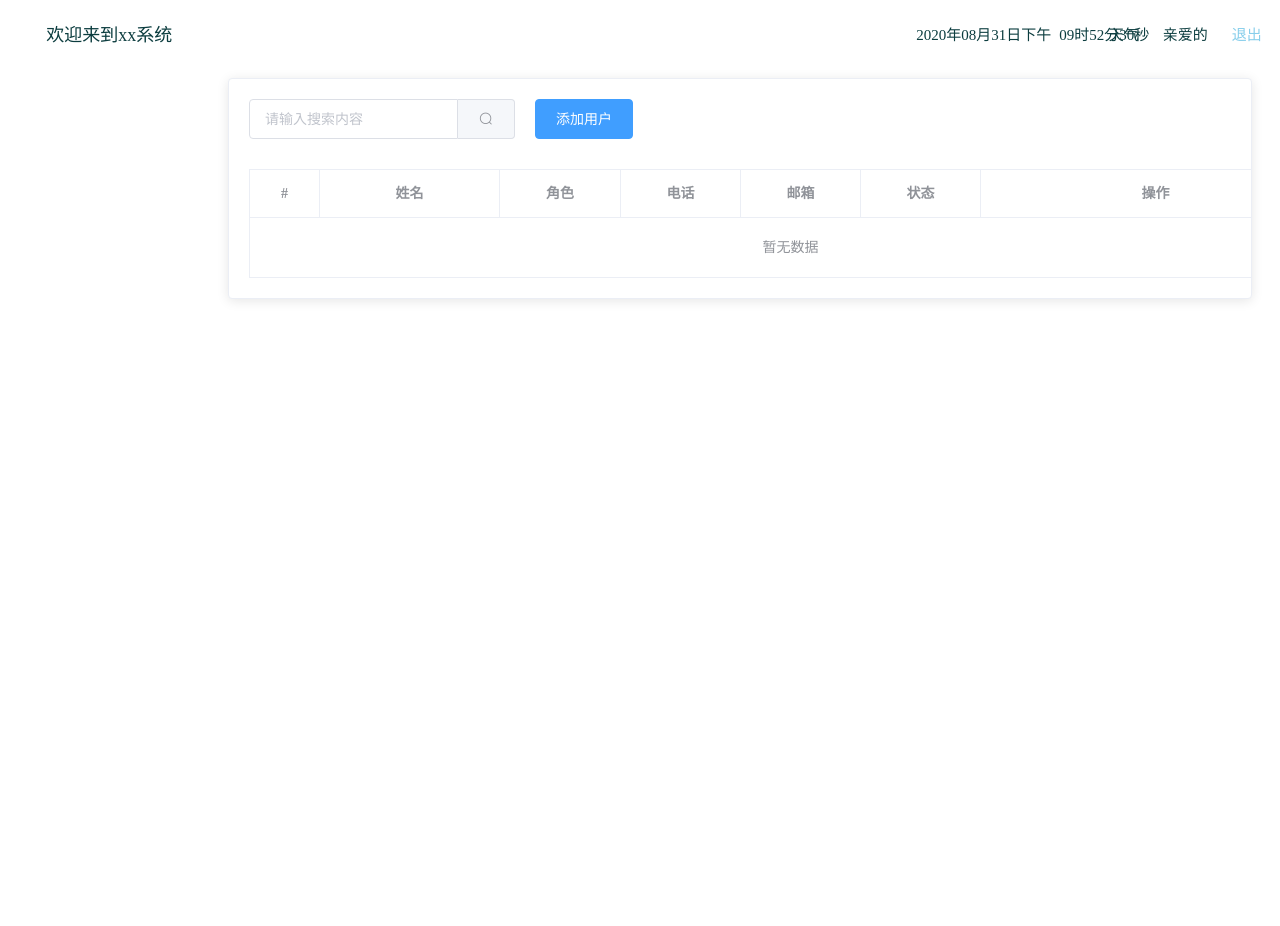
Repository: 2510699771/background-system
Page: /users/users
These files come from the project's save history. The page is drawn as it stood at one moment and after the next save; the edit follows.
The browser window is 1280 px wide. The pictures show the whole page.
The page's requests for data from a server got no answer. The project was rebuilt for these pictures with package versions that can differ from the ones it lists, and the page was loaded fresh each time. No one was signed in, and anything a server would have sent is missing. Also part of the build but not shown: vue.config.js, src/views/Home.vue.

Above is the page before, as saved 2020-08-31 22:08:13.

### src/main.js
import Vue from 'vue'
import App from './App.vue'
import router from './router'
import store from './store'
import ElementUI from 'element-ui';
import 'element-ui/lib/theme-chalk/index.css';

Vue.config.productionTip = false
Vue.use(ElementUI);

new Vue({
  router,
  store,
  el: '#app',
  render: h => h(App)
}).$mount('#app')

### src/App.vue
<template>
  <div id="app">

    <router-view/>
  </div>
</template>

<style lang="stylus">
</style>

### src/router/index.js
import Vue from 'vue'
import VueRouter from 'vue-router'
import Home from '../views/Home.vue'
import Layout from "../views/Layout/Layout.vue"

Vue.use(VueRouter)

const routes = [
  //首页
  {
    path: "/home",
    component: Layout,
    meta: {
      icon: 'el-icon-s-home'
    },
    children: [{
      path: "",
      name: 'Home',
      component: Home,
      meta: {
        title: '首页',
        parentpath: '/home',
        icon: 'el-icon-s-home'
      }
    }, ]
  },
  {
    path: '/',
    redirect: '/home'
  },
  //数据统计
  {
    path: "/reports",
    component: Layout,
    meta: {
      icon: 'el-icon-message'
    },
    children: [{
      path: "reports",
      name: "reports",
      component: () => import("../views/Reports/Reports.vue"),
      meta: {
        title: '数据报表',
        parentpath: "/reports/reports",
        icon: 'el-icon-position'
      }
    }]
  },
  //订单管理
  {
    path: "/orders",
    component: Layout,
    meta: {
      icon: 'el-icon-notebook-2'
    },
    children: [{
      path: "orders",
      name: "orders",
      component: () => import("../views/Orders/Orders.vue"),
      meta: {
        title: '订单列表',
        parentpath: "/orders/orders",
        icon: 'el-icon-folder-add'
      }
    }, ]
  },
  //商品管理
  {
    path: "/goods",
    component: Layout,
    meta: {
      icon: 'el-icon-shopping-bag-1'
    },
    children: [{
        path: "goods",
        name: "goods",
        component: () => import("../views/Goodlist/Goodlist.vue"),
        meta: {
          title: '商品列表',
          parentpath: "/goods/goods",
          icon: 'el-icon-bangzhu'
        }
      },
      {
        path: "params",
        name: "params",
        component: () => import("../views/Goodsparams/Goodsparams.vue"),
        meta: {
          title: '分类参数',
          parentpath: "/goods/params",
          icon: 'el-icon-bell'
        }
      }, {
        path: "categories",
        name: "categories",
        component: () => import("../views/GoodsCategories/GoodsCategories.vue"),
        meta: {
          title: '商品分类',
          parentpath: "/goods/categories",
          icon: 'el-icon-date'
        }
      },
    ]
  },
  //用户管理
  {
    path: "/users",
    component: Layout,
    meta: {
      icon: 'el-icon-user'
    },
    children: [{
      path: "users",
      name: "users",
      component: () => import("../views/UserList/UserList.vue"),
      meta: {
        title: '用户列表',
        parentpath: "/users/users",
        icon: 'el-icon-user'
      }
    }, ]
  },
  //权限管理
  {
    path: "/rights",
    component: Layout,
    meta: {
      icon: 'el-icon-folder'
    },
    children: [{
      path: "roles",
      name: "roles",
      component: () => import("../views/Rolelist/Rolelist.vue"),
      meta: {
        title: '角色列表',
        parentpath: "/rights/roles",
        icon: 'el-icon-setting'
      }
    }, {
      path: "rights",
      name: "rights",
      component: () => import("../views/Permissionslist/Permissionslist.vue"),
      meta: {
        title: '权限列表',
        parentpath: "/rights/rights",
        icon: 'el-icon-c-scale-to-original'
      }
    }, ]
  },
  //登录
  {
    path: '/login',
    name: 'login',
    component: () => import('../views/Login/Login.vue')
  }
]
const isPro = process.env.NODE_ENV === 'production'

const router = new VueRouter({
  mode: isPro ? 'hash' : 'history',
  base: process.env.BASE_URL,
  routes
})

export default router

### src/store/index.js
import Vue from 'vue'
import Vuex from 'vuex'
import user from "./user/user"

Vue.use(Vuex)

export default new Vuex.Store({
  //存储共享数据
  state: {},
  //同步修改state的值
  mutations: {},
  //用来发请求，异步提交mutation
  actions: {},
  //模块
  modules: {
    user
  }
})

### src/views/Layout/Layout.vue
<template>
  <div>
    <el-container>
      <el-header height="50px">
        <top></top>
      </el-header>
      <el-container>
        <el-aside width="200px">
          <left></left>
        </el-aside>
        <el-main>
          <router-view />
        </el-main>
      </el-container>
    </el-container>
  </div>
</template>

<script>
import top from "../../components/Layout/Top";
import left from "../../components/Layout/Left";
export default {
  name: "",
  //接受父组件传递的数据
  props: {},
  //注册组件
  components: {
    top,
    left,
  },
  data() {
    return {};
  },
  methods: {},
  mounted() {},
  watch: {},
  computed: {},
};
</script>

<style scoped lang='scss'>
.el-main {
  height: 860px;
}
</style>

### src/views/UserList/UserList.vue
<template>
  <div>
    <el-card class="box-card">
      <div style="width:30vw;display:flex">
        <el-input placeholder="请输入搜索内容" v-model="value" class="input-with-select">
          <el-button slot="append" icon="el-icon-search"></el-button>
        </el-input>
        <el-button type="primary" style="margin-left:20px">添加用户</el-button>
      </div>
      <div style="width:84.5vw;margin-top:30px">
        <el-table :data="userslist" border style="width: 100%" stripe>
          <el-table-column prop="date" label="#" width="70" type="index" align="center"></el-table-column>
          <el-table-column prop="username" label="姓名" width="180" align="center"></el-table-column>
          <el-table-column prop="role_name" label="角色" align="center"></el-table-column>
          <el-table-column prop="create_time" label="电话" align="center"></el-table-column>
          <el-table-column prop="email" label="邮箱" align="center"></el-table-column>
          <el-table-column prop="address" label="状态" align="center">
            <template slot-scope="scope">
              <el-switch
                v-model="scope.row.mg_state"
                active-color="#13ce66"
                @change="change(scope)"
                inactive-color="#A9A9A9"
              ></el-switch>
            </template>
          </el-table-column>
          <el-table-column prop="address" label="操作" align="center" width="350px" min-width="10px">
            <template slot-scope="scope">
              <el-button
                type="primary"
                size="mini"
                icon="el-icon-edit"
                @click="handleEdit(scope.$index, scope.row)"
              ></el-button>
              <el-button
                type="danger"
                icon="el-icon-delete"
                size="mini"
                @click="handleEdit(scope.$index, scope.row)"
              ></el-button>
              <el-button
                type="warning"
                size="mini"
                icon="el-icon-setting"
                @click="handleEdit(scope.$index, scope.row)"
              ></el-button>
            </template>
          </el-table-column>
        </el-table>
      </div>
      <!-- <div style="margin-top:20px">
        <el-pagination
          @size-change="handleSizeChange"
          @current-change="handleCurrentChange"
          :current-page="currentPage"
          :page-sizes="pageSizes"
          :page-size="pageSize"
          layout="total, sizes, prev, pager, next, jumper"
          :total="uselist.length"
        ></el-pagination>
      </div>-->
    </el-card>
  </div>
</template>

<script>
import { createNamespacedHelpers } from "vuex";
const userModule = createNamespacedHelpers("user");
const { mapState: userState, mapActions: userActions } = userModule;
export default {
  name: "",
  //接受父组件传递的数据
  props: {},
  //注册组件
  components: {},
  data() {
    return {
      value: "",
      currentPage: 1,
      pageSizes: [5, 15, 20, 30],
      pagesize: 5, //每页显示条数
      pagenum: 1, //当前页码
      query: "", //查询参数
    };
  },
  methods: {
    change(e) {
      console.log(e);
      console.log(111);
    },
    //方法展开
    ...userActions(["getUsers"]),

    handleSizeChange(val) {
      console.log(`每页 ${val} 条`);
    },
    handleCurrentChange(val) {
      console.log(`当前页: ${val}`);
    },
    // getUsers() {
    //   this.$store.dispatch("user/getUsers", {
    //     query: this.query,
    //     pagenum: this.pagenum,
    //     pagesize: this.pagesize,
    //   });
    // },
  },
  mounted() {
    // this.getUsers();
    this.getUsers({
      query: this.query,
      pagenum: this.pagenum,
      pagesize: this.pagesize,
    });
  },
  watch: {},
  computed: {
    //数据展开
    ...userState(["userslist"]),
  },
};
</script>

<style scoped lang='scss'>
</style>

### src/store/user/user.js
import api from "../../http/api"
import router from "../../router"
import {
    Message
} from "element-ui"
export default {
    //开启命名空间
    namespaced: true,
    //存储共享数据
    state: {
        menus: [], //侧边导航

        userslist: [], //用户管理用户列表
        pagesize: 5, //每页显示条数
        pagenum: 1, //当前页码
        query: "", //查询参数

    },
    //同步修改state的值
    mutations: {
        //侧边导航栏方法
        setMenus(state, data) {
            state.menus = data
        },
        //用户管理列表
        setUserslist(state, data) {
            state.userslist = data
        }
    },

    //用来发请求，异步提交mutation
    actions: {
        //所有的请求都写在actions中

        //提交commit
        async getMenus({
            commit
        }) {
            let res = await api.getMenus()
            if (res.meta.status === 200) {
                res.data.unshift({
                    path: 'home',
                    authName: '首页',
                })
                res.data.map(item => {
                    item.path = '/' + item.path
                    router.options.routes.map(item2 => {
                        if (item.path === item2.path) {
                            item.icon = item2.meta.icon
                            if (item2.children && item2.children.length > 0) {
                                item2.children.map(item3 => {
                                    if (item.children && item.children.length > 0) {
                                        item.children.map(item4 => {
                                            if (item4.path === item3.path) {
                                                item4.icon = item3.meta.icon
                                            }
                                        })
                                    }
                                })
                            }
                        }
                    })
                    if (item.children && item.children.length > 0) {
                        item.children.map(item1 => {
                            item1.path = item.path + '/' + item1.path
                        })
                    }

                })
                commit('setMenus', res.data)

            }
        },

        //没有提交commit
        async login({
            commit
        }, {
            username,
            password
        }) {
            let res = await api.login({
                username,
                password
            })
            if (res.meta.status) {
                localStorage.setItem('admitToken', res.data.token)
                localStorage.setItem('admitUser', JSON.stringify(res.data))
                router.push('/')
                Message.success('登录成功')
                console.log(commit)
            }
        },

        async getUsers({
            commit
        }, {
            query,
            pagenum,
            pagesize,
        }) {
            let res = await api.getUsers(
                query, pagenum, pagesize
            )
            if (res.meta.status === 200) {
                console.log(res, "用户列表")
                commit('setUserslist', res.data.users)
            }
        }
    },
}

### src/components/Layout/Top.vue
<template>
  <div class="alltop">
    <div class="topContent">
      <div>欢迎来到xx系统</div>
      <div class="userinfo">
        <div class="time">
          <div>{{year}}</div>
          <div>{{prompt}}</div>
          <div style="margin:0 8px">{{specific}}</div>
        </div>
        <div style="width:30%">
          <div style="margin:0 12px">天气</div>
          <div style="margin:0 12px">亲爱的{{username}}</div>
          <div style="color:skyblue;cursor:pointer;margin:0 12px">退出</div>
        </div>
      </div>
    </div>
  </div>
</template>

<script>
import dayjs from "dayjs";
export default {
  name: "",
  //接受父组件传递的数据
  props: {},
  //注册组件
  components: {},
  data() {
    return {
      year: "",
      specific: "",
      prompt: "",
      username: "",
    };
  },
  methods: {
    getTime() {
      let time = dayjs(new Date()).format("YYYY年MM月DD日");
      let hour = dayjs(new Date()).format("HH");
      console.log(hour);
      if (0 <= hour && hour <= 12) {
        this.prompt = "上午";
      } else if (24 > hour && hour > 12) {
        this.prompt = "下午";
      }
      let specific = dayjs(new Date()).format("hh时mm分ss秒");
      this.year = time;
      this.specific = specific;
    },
  },
  mounted() {
    let name = JSON.parse(localStorage.getItem("admitUser"));
    if (name) {
      this.username = name.username;
    }
    setInterval(() => {
      this.getTime();
    }, 1000);
  },
  watch: {},
  computed: {},
};
</script>

<style scoped lang='scss'>
.alltop {
  color: rgb(12, 61, 63);
  width: 100%;
  height: 50px;
  display: flex;
  justify-content: center;
  align-content: center;
  font-size: 18px;
  .topContent {
    width: 97%;
    display: flex;
    justify-content: space-between;
    align-items: center;
    .userinfo {
      display: flex;
      width: 25%;
      justify-content: space-around;
    }
    .userinfo > div {
      height: 50px;
      align-items: center;
      display: flex;
      justify-content: center;
      font-size: 15px;
      white-space: nowrap;
    }
  }
}
.time {
  width: 15vw;
  display: flex;
  align-items: center;
}
</style>

### src/components/Layout/Left.vue
<template>
  <div>
    <el-menu router :default-active="$route.meta.parentpath" unique-opened>
      <!-- 最外层循环el-submenu不能直接在标签内部循环，需要在外部插槽循环然后给内容绑定:key -->
      <template v-for="item in menus">
        <el-submenu
          :key="item.id"
          :index="item.path"
          v-if="item.children && item.children.length > 0"
        >
          <!-- ！！！template标签必须要有slot="title"不然就为内容 -->
          <template slot="title">
            <i :class="item.icon"></i>
            <span>{{item.authName}}</span>
          </template>
          <!-- 第二层标题循环用<el-menu-item-group>标签包裹 -->
          <el-menu-item-group>
            <!-- el-menu-item标签 :index绑定路由 可在标签内循环 -->
            <el-menu-item v-for="item1 in item.children" :index="item1.path" :key="item1.id">
              <!-- slot="title"可加可不加 -->
              <i :class="item1.icon"></i>
              <span slot="title">{{item1.authName}}</span>
            </el-menu-item>
          </el-menu-item-group>
        </el-submenu>
        <!-- v-else 如果item下的list为空的时候取消折叠 -->
        <el-menu-item :index="item.path" :key="item.id" v-else>
          <i :class="item.icon"></i>
          <span slot="title">{{ item.authName }}</span>
        </el-menu-item>
      </template>
    </el-menu>
  </div>
</template>

<script>
import { createNamespacedHelpers } from "vuex";
const userModule = createNamespacedHelpers("user");
const { mapState: userState, mapActions: userActions } = userModule;

export default {
  name: "",
  //接受父组件传递的数据
  props: {},
  //注册组件
  components: {},
  data() {
    return {};
  },
  methods: {
    //方法展开
    ...userActions(["getMenus"]),
  },
  mounted() {
    this.getMenus();
  },
  watch: {},
  computed: {
    //数据展开
    ...userState(["menus"]),
  },
};
</script>

<style scoped lang='scss'>
</style>

### src/http/api.js
import service from "./index"

export default {
    //登录
    login({
        username,
        password
    }) {
        return service.post('/login', {
            username,
            password
        })
    },
    //侧边导航
    getMenus() {
        return service.get('menus')
    },

    //用户数据列表
    getUsers(
        query, //查询参数
        pagenum, //当前页码
        pagesize //每页显示条数

    ) {
        return service.get(`users?query=${query}&pagenum=${pagenum}&pagesize=${pagesize}`)
    }

}

### src/http/index.js
import axios from "axios"
import nprogress from "nprogress"
import {
    Message
} from "element-ui"

//运行环境：本地环境:devLpment和线上(生产)环境:production
const isPro = process.env.NODE_ENV === 'production'

const servic = axios.create({
    //基础路径
    baseURL: isPro ? '线上接口路径' : '/api',
    timeout: 100000
})

//请求拦截
servic.interceptors.request.use((config) => {
    //请求成功的时候上面的进度条开始
    nprogress.start()
    //前后端建权(令牌)
    let token = localStorage.getItem('admitToken')
    if (token) {
        config.headers['Authorization'] = token
    }
    return config
}), err => {
    //请求失败的时候
    nprogress.done()
    return Promise.reject(err)
}


//响应拦截,每一次接口返回路径都会干的事情
servic.interceptors.response.use((res) => {
    nprogress.done()
    return res.data
}), err => {
    //失败的时候
    if (err.response && err.response.status) {
        //错误请求的状态码
        let status = err.response.status
        if (status === 400) {
            Message.error('参数错误')
        }
        if (status === 401) {
            Message.error('登录过期，请重新登录')
        }
        if (status === 403) {
            Message.error('没有权限')
        }
        if (status === 404) {
            Message.error('接口路径错误')
        }
        if (status === 500) {
            Message.error('服务器出错')
        }
        if (status === 400) {
            Message.error('参数错误')
        }
        if (status === 503) {
            Message.error('服务器在维护')
        }
    }
}
export default servic

Loaded but not shown: public/index.html (common file)

After the next save:
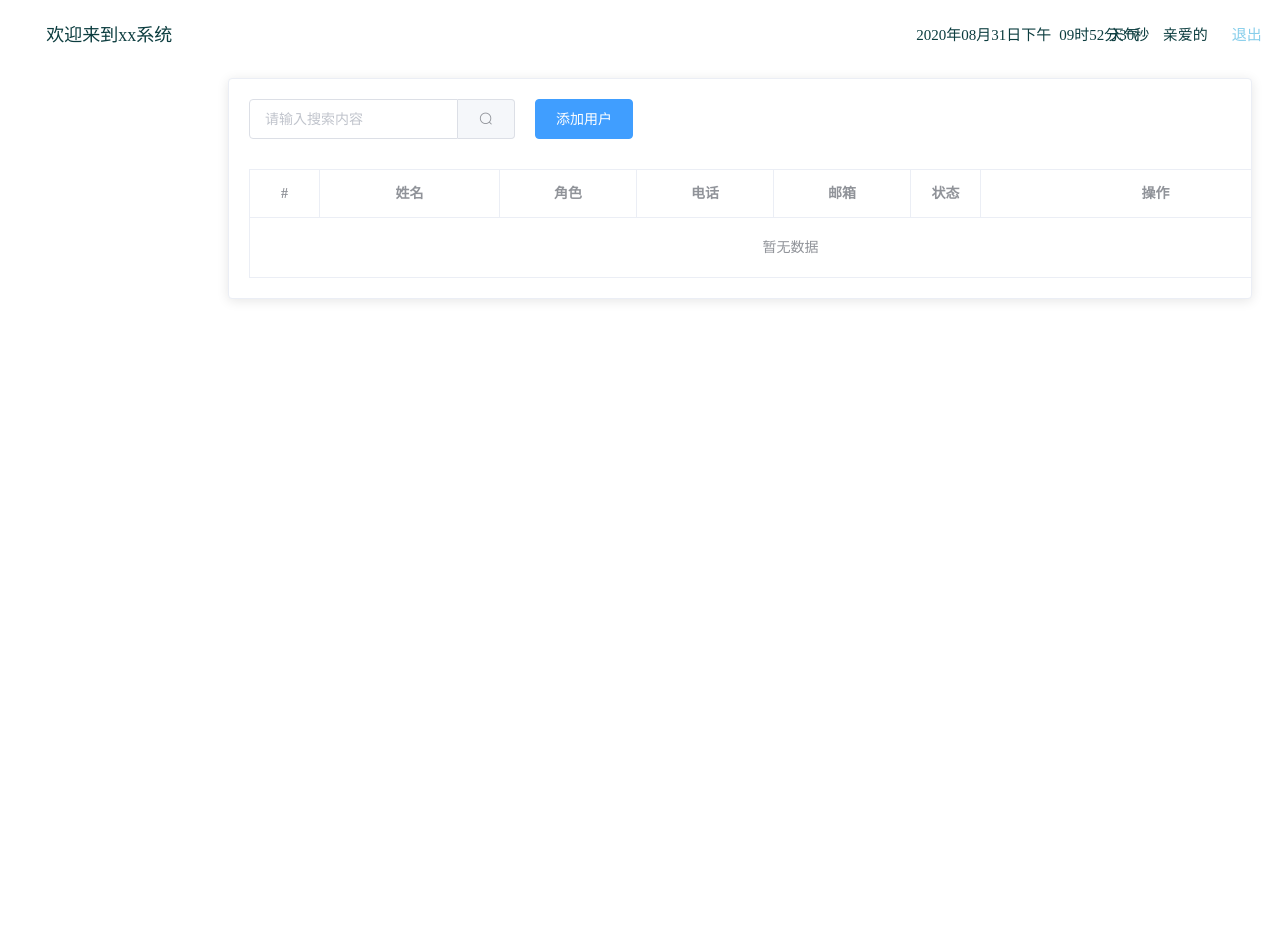
Saved 34 s later.
--- a/src/views/UserList/UserList.vue
+++ b/src/views/UserList/UserList.vue
@@ -14,7 +14,7 @@
           <el-table-column prop="role_name" label="角色" align="center"></el-table-column>
           <el-table-column prop="create_time" label="电话" align="center"></el-table-column>
           <el-table-column prop="email" label="邮箱" align="center"></el-table-column>
-          <el-table-column prop="address" label="状态" align="center">
+          <el-table-column prop="address" label="状态" width="70" align="center">
             <template slot-scope="scope">
               <el-switch
                 v-model="scope.row.mg_state"
